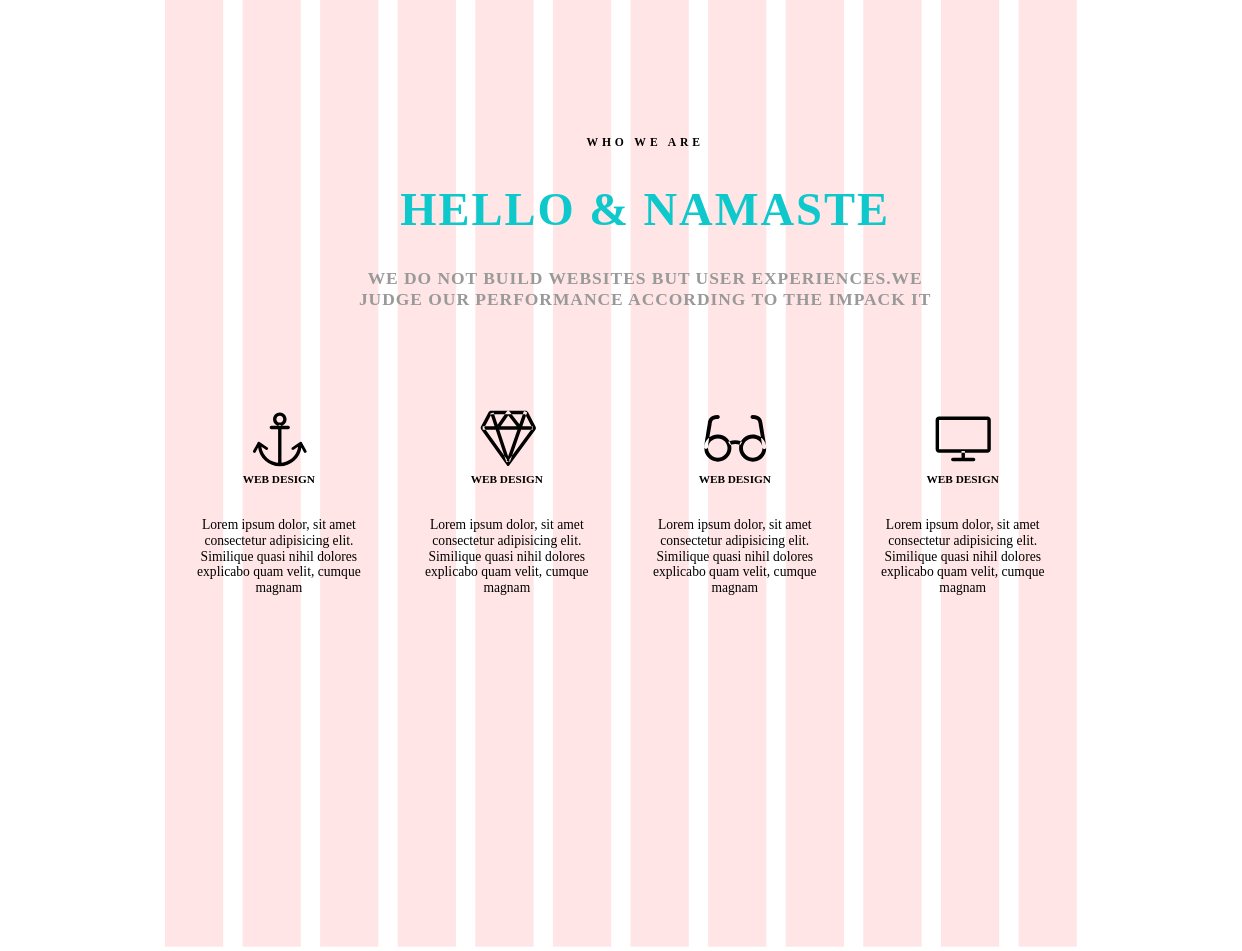
Repository: shpakovskaya/github.io
Page: boxsizing/namastegreen/index.html
The author's editor kept a copy of each file at every save. The page is drawn from the files as they stood at one save, then again after the next save.
The browser window is 1280 px wide. The pictures show the whole page, at 97% of full size.

Above is the page before, as saved 2021-11-22 21:50:47.

After the next save:
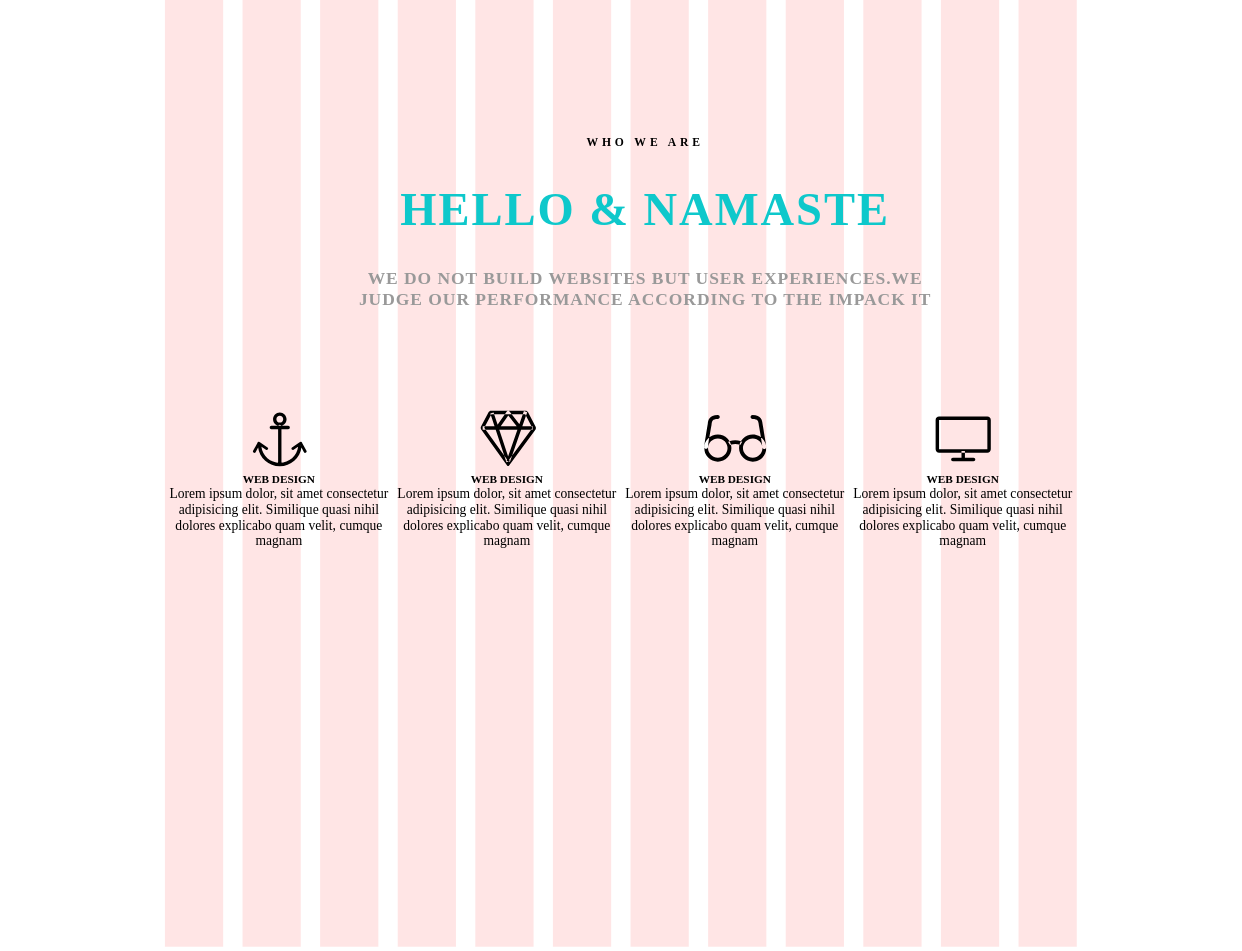
Saved 18 s later.
--- a/boxsizing/namastegreen/style.css
+++ b/boxsizing/namastegreen/style.css
@@ -62,12 +62,13 @@
   display: inline-block;
   align-content: center;
 }
-.text__diamond,
+
+/* .text__diamond,
 .text__anchor,
 .text__eyeglasses,
 .text__monitor {
   margin: 32px;
-}
+} */
 
 /* Items hover */
 #Anchor:hover {
